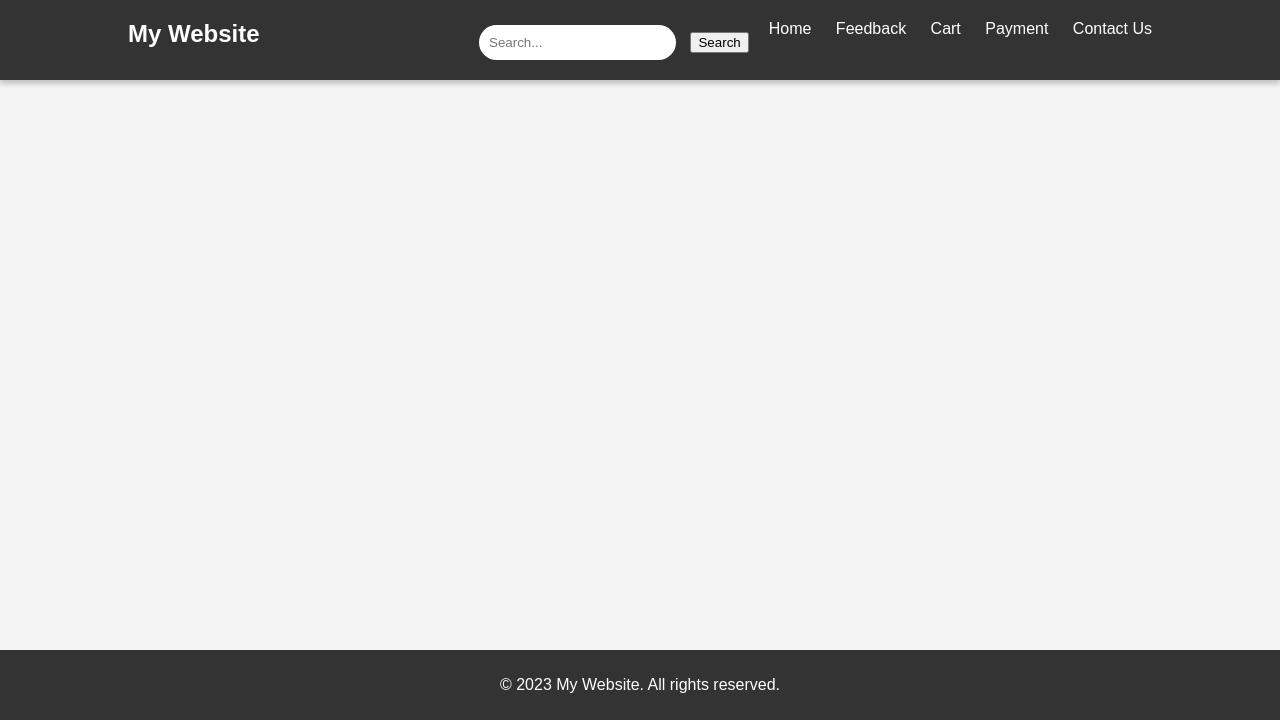
Repository: UrinduYatawakaa/OOP_project
Page: http://localhost/ProductDemo/productdetails.jsp
The author's editor kept a copy of each file at every save. The page is drawn from the files as they stood at one save, then again after the next save.
The browser window is 1280 px wide. The pictures show the whole page.
The page is served by Tomcat 9. Other server files are loaded and not shown.

Above is the page before, as saved 2023-10-23 19:14:48.

### oop project/ProductDemo/src/main/webapp/productdetails.jsp
<%@ page language="java" contentType="text/html; charset=ISO-8859-1"
    pageEncoding="ISO-8859-1"%>
<!DOCTYPE html>
<html lang="en">

<head>
    <meta charset="UTF-8">
    <meta name="viewport" content="width=device-width, initial-scale=1.0">
    <link rel="stylesheet" href="stylesheader.css">
    <title>Simple Header and Footer</title>
</head>

<body>
    <header>
        <div class="container">
            <h1>My Website</h1>
            <nav>
                <ul>
                    <li><a href="#">Home</a></li>
                    <li><a href="#">Feedback</a></li>
                    <li><a href="#">Cart</a></li>
                    <li><a href="#">Payment</a></li>
                    <li><a href="#">Contact Us</a></li>
                </ul>
            </nav>
            <div class="search-bar">
                <form action="log" method="post">
                    <input type="text" name="ProductName" placeholder="Search...">
                    <input type="submit" name="submit" value="Search">
                </form>
            </div>

        </div>
    </header>

    <!-- Content Goes Here -->

    <footer>
        <div class="container">
            <p>&copy; 2023 My Website. All rights reserved.</p>
        </div>
    </footer>
</body>

</html>

### oop project/ProductDemo/src/main/webapp/stylesheader.css
body {
    font-family: Arial, sans-serif;
    margin: 0;
    padding: 0;
    background-color: #f4f4f4;
}

.container {
    width: 80%;
    margin: 0 auto;
    overflow: hidden;
}

header {
    background-color: #333;
    color: #fff;
    padding: 20px 0;
    box-shadow: 0px 4px 5px 0px rgba(0, 0, 0, 0.2);
}

header h1 {
    float: left;
    margin: 0;
    font-size: 24px;
}

header h1 span {
    color: #4CAF50;
}

nav ul {
    float: right;
    list-style: none;
    margin: 0;
    padding: 0;
}

nav ul li {
    display: inline;
    margin-left: 20px;
}

nav ul li a {
    color: #fff;
    text-decoration: none;
    transition: color 0.3s;
}

nav ul li a:hover {
    color: #4CAF50;
}

.search-bar {
    float: right;
    margin-top: 5px;
}

.search-bar input[type="text"] {
    padding: 10px;
    border: none;
    border-radius: 20px;
    margin-right: 10px;
}

.search-bar button {
    padding: 10px 20px;
    background-color: #4CAF50;
    color: #fff;
    border: none;
    border-radius: 20px;
    cursor: pointer;
    transition: background-color 0.3s;
}

.search-bar button:hover {
    background-color: #45a049;
}

footer {
    background-color: #333;
    color: #fff;
    text-align: center;
    padding: 10px 0;
    position: fixed;
    bottom: 0;
    width: 100%;
}

### oop project/ProductDemo/src/main/webapp/css/stylesheader.css
@charset "ISO-8859-1";

body {
    font-family: Arial, sans-serif;
    margin: 0;
    padding: 0;
    background-color: #f4f4f4;
}

.container {
    width: 80%;
    margin: 0 auto;
    overflow: hidden;
}

header {
    background-color: #333;
    color: #fff;
    padding: 20px 0;
    box-shadow: 0px 4px 5px 0px rgba(0, 0, 0, 0.2);
}

header h1 {
    float: left;
    margin: 0;
    font-size: 24px;
}

header h1 span {
    color: #4CAF50;
}

nav ul {
    float: right;
    list-style: none;
    margin: 0;
    padding: 0;
}

nav ul li {
    display: inline;
    margin-left: 20px;
}

nav ul li a {
    color: #fff;
    text-decoration: none;
    transition: color 0.3s;
}

nav ul li a:hover {
    color: #4CAF50;
}

.search-bar{
    width: 40%;
    border-left: 10px;
    float:right;
}
.search-bar form {
    display: flex;
}

.search-bar input[type="text"] {
    padding: 10px;
    border: none;
    border-radius: 20px 0 0 20px;
    margin-right: 0;
    flex: 1;
}

.search-bar input[type="submit"] {
    padding: 10px 20px;
    background-color: #4CAF50;
    color: #fff;
    border: none;
    border-radius: 0 20px 20px 0;
    cursor: pointer;
    transition: background-color 0.3s;
}

.search-bar input[type="submit"]:hover {
    background-color: #45a049;
}

footer {
    background-color: #333;
    color: #fff;
    text-align: center;
    padding: 10px 0;
    position: fixed;
    bottom: 0;
    width: 100%;
}

After the next save:
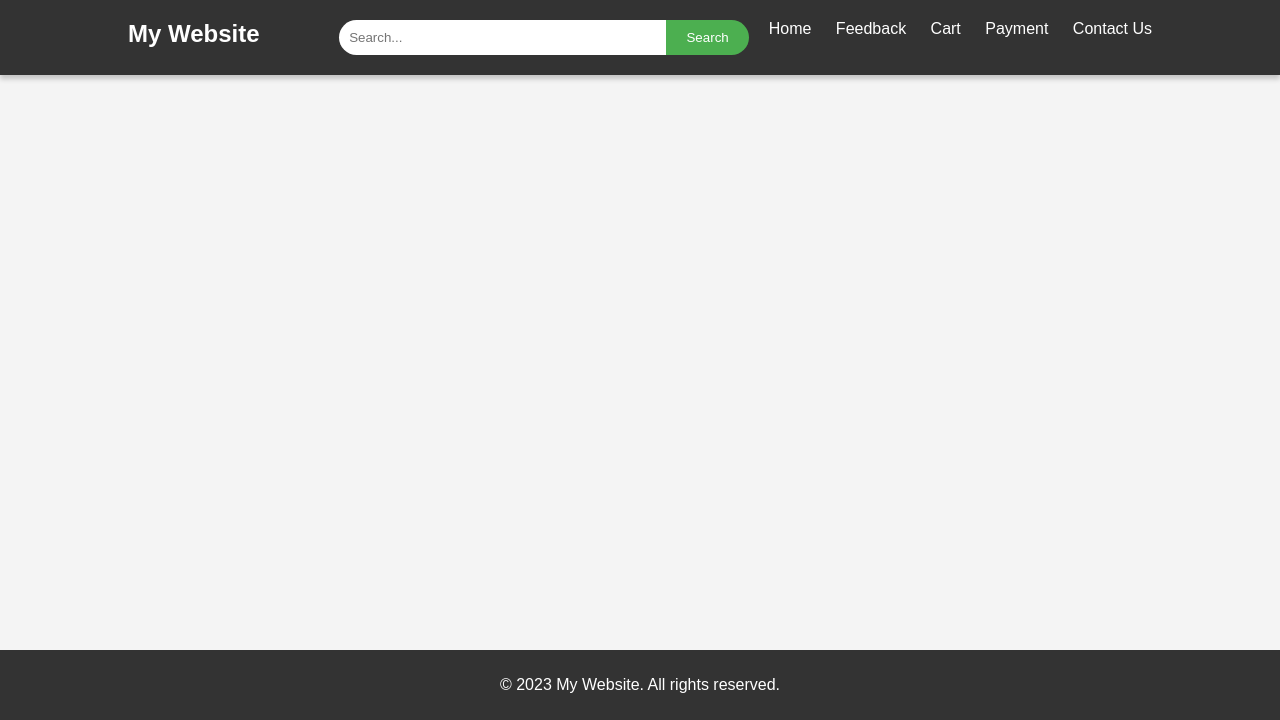
Saved 96 s later.
--- a/oop project/ProductDemo/src/main/webapp/productdetails.jsp
+++ b/oop project/ProductDemo/src/main/webapp/productdetails.jsp
@@ -6,7 +6,7 @@
 <head>
     <meta charset="UTF-8">
     <meta name="viewport" content="width=device-width, initial-scale=1.0">
-    <link rel="stylesheet" href="stylesheader.css">
+    <link rel="stylesheet" href="css/stylesheader.css" type="text/css">
     <title>Simple Header and Footer</title>
 </head>
 
